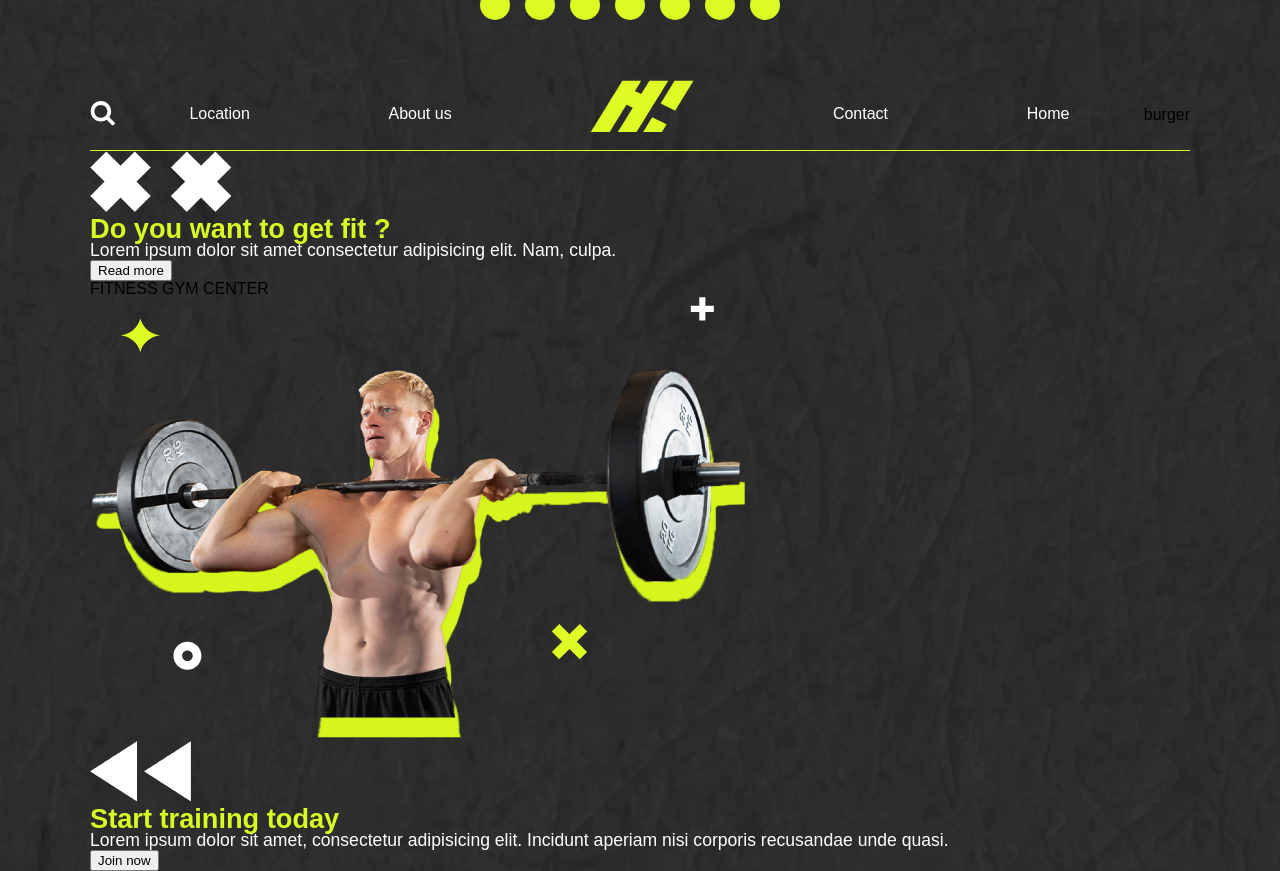
Repository: sem1103/fitness-test
Page: index.html
The author's editor kept a copy of each file at every save. The page is drawn from the files as they stood at one save, then again after the next save.
The browser window is 1280 px wide. The pictures show the whole page.

Above is the page before, as saved 2023-11-03 18:41:35.

### index.html
<!DOCTYPE html>
<html lang="en">
<head>
    <meta charset="UTF-8">
    <meta name="viewport" content="width=device-width, initial-scale=1.0">
    <title>Fitness</title>
    <link rel="stylesheet" href="style/reset.css"/>
    <link rel="stylesheet" href="style/main.css"/>
</head>
<body>
    <div id="circles">
        <ul>
            <li></li>
            <li></li>
            <li></li>
            <li></li>
            <li></li>
            <li></li>
            <li></li>
        </ul>
    </div>
    <header class="container">
        <div id="search">
            <svg version="1.2" xmlns="http://www.w3.org/2000/svg" viewBox="0 0 25 25" width="25" height="25"><style>.a{fill:#fff}</style><path fill-rule="evenodd" class="a" d="m23 24.2c-0.5 0-1 0-1.4-0.5-4.9-4.9-4.9-4.9-4.9-4.9-1.9 1.2-3.7 1.6-5.8 1.6-5.6 0-10.2-4.4-10.2-10 0-5.8 4.6-10.3 10.2-10.3 5.6 0 10.2 4.5 10.2 10.3 0 1.9-0.7 4-1.9 5.6 4.9 5.1 4.9 5.1 4.9 5.1 0.5 0.3 0.7 0.7 0.7 1.2 0 1.2-0.9 1.9-1.8 1.9zm-12.1-20.3c-3.7 0-6.5 2.8-6.5 6.5 0 3.5 2.8 6.3 6.5 6.3 3.5 0 6.5-2.8 6.5-6.3 0-3.7-3-6.5-6.5-6.5z"/></svg>
        </div>
        <nav>
            <ul>
                <li><a href="">Location</a></li>
                <li><a href="">About us</a></li>
                <li><a href=""><img src="./img/logo.png" alt="Logo"></a></li>
                <li><a href="">Contact</a></li>
                <li><a href="">Home</a></li>
            </ul>
        </nav>
        <div id="burger__menu">burger</div>
    </header>
    <main>

        <div id="intro" class="container">
            <div class="side__section">
                <div class="img">
                    <img src="img/section-one.png" alt="">
                </div>
                <h2>Do you want
                    to get fit ?</h2>
                <p>Lorem ipsum dolor sit amet consectetur adipisicing elit. Nam, culpa.</p>
                <button>Read more</button>
            </div>
            <div class="main__section">
                <h1>FITNESS GYM
                    CENTER</h1>
                <img src="img/section-two.png" alt="">
            </div>
            <div class="side__section">
                <div class="img">
                    <img src="img/section-three.png" alt="">
                </div>
                <h2>Start training
                    today</h2>
                <p>Lorem ipsum dolor sit amet, consectetur adipisicing elit. Incidunt aperiam nisi corporis recusandae unde quasi.</p>
                <button>Join now</button>
            </div>
        </div>


    </main>
</body>
</html>

### style/reset.css
html, body, div, span, applet, object, iframe,
h1, h2, h3, h4, h5, h6, p, blockquote, pre,
a, abbr, acronym, address, big, cite, code,
del, dfn, em, img, ins, kbd, q, s, samp,
small, strike, strong, sub, sup, tt, var,
b, u, i, center,
dl, dt, dd, ol, ul, li,
fieldset, form, label, legend,
table, caption, tbody, tfoot, thead, tr, th, td,
article, aside, canvas, details, embed,
figure, figcaption, footer, header, hgroup,
menu, nav, output, ruby, section, summary,
time, mark, audio, video {
	margin: 0;
	padding: 0;
	border: 0;
	font-size: 100%;
	font: inherit;
	vertical-align: baseline;
}
/* HTML5 display-role reset for older browsers */
article, aside, details, figcaption, figure,
footer, header, hgroup, menu, nav, section {
	display: block;
}
body {
	line-height: 1;
	font-family: Arial, Helvetica, sans-serif;
}
ol, ul {
	list-style: none;
}
blockquote, q {
	quotes: none;
}
blockquote:before, blockquote:after,
q:before, q:after {
	content: '';
	content: none;
}
table {
	border-collapse: collapse;
	border-spacing: 0;
}
a{
	text-decoration: none;
}

### style/main.css
.container {
    max-width: 1100px;
    margin: auto;
}

body {
    background: url(./../img/background.png) center/cover;
    min-height: 100vh;
}

#circles ul {
    display: flex;
    flex-direction: row;
    width: 100%;
    justify-content: center;
    gap: 15px;
    margin: -10px;
}

#circles li {
    padding: 15px;
    border-radius: 50%;
    background-color: #dbfb23;
}

header {
    padding: 70px 0 0 0;
    border-bottom: 1px solid #dbfb23;
}

header,
nav ul {
    display: flex;
    flex-direction: row;
    justify-content: space-between;
    align-items: center;
}

nav {
    flex-basis: 80%;
}

nav ul {
    align-items: stretch;
}

nav li {
    display: flex;
    align-items: center;
    transition: all .3s ease-in-out;
    border-bottom: 2px solid transparent;
}
nav li:nth-child(3){
    margin: 0 0 15px 0;
    border: 0;
}
nav a {
    color: #fff;
}

nav li:hover {
    color: #dbfb23;
    transition: all .3s ease-in-out;
    border-color: #fff;
}
h2{
    color: #dbfb23;
    font-size: 1.7rem;
    font-weight: 600;
}
#intro p{
    color: #fff;
    font-size: 1.1rem;
}

After the next save:
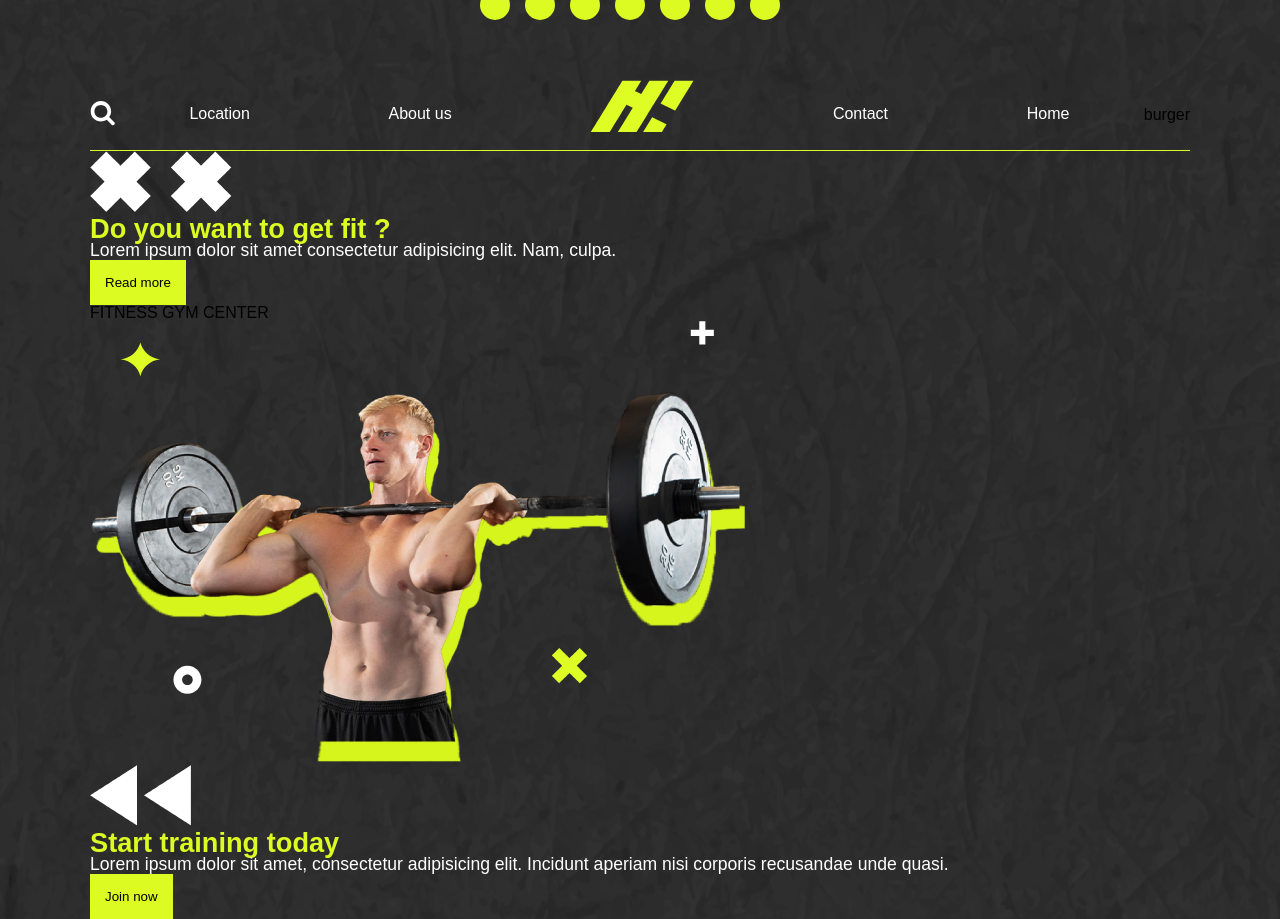
Saved 58 s later.
--- a/style/main.css
+++ b/style/main.css
@@ -72,3 +72,10 @@
     color: #fff;
     font-size: 1.1rem;
 }
+
+#intro button{
+    border: 0;
+    outline: 0;
+    padding: 15px;
+    background-color: #dbfb23;
+}
